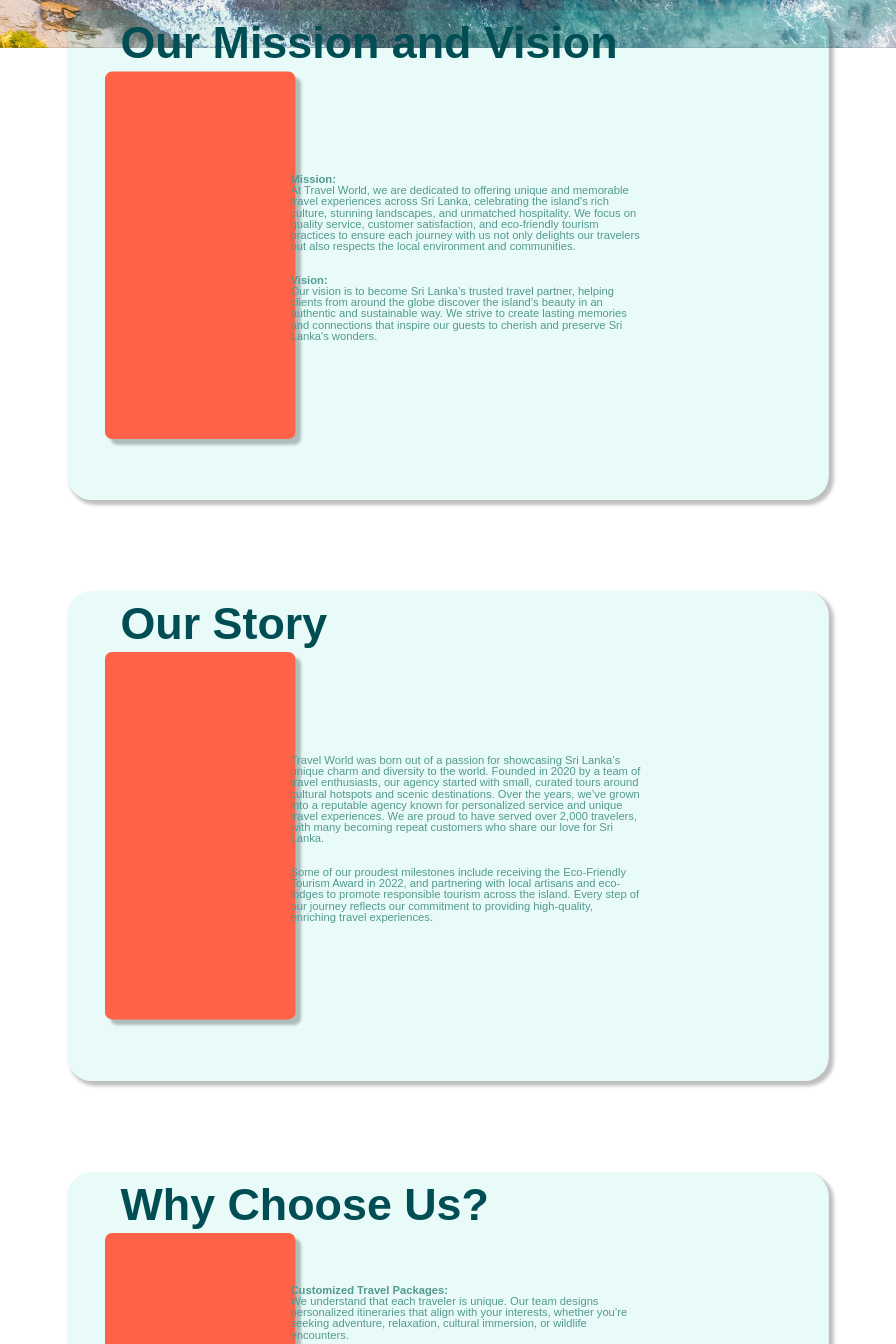
Repository: Haakim19/TavelWorld
Page: HTML/Aboutus.html
The author's editor kept a copy of each file at every save. The page is drawn from the files as they stood at one save, then again after the next save.
The browser window is 1280 px wide. The pictures show the part of the page from y = 615 to 2535 px (the page is 5265 px tall), at 70% of full size.
Some web fonts or font styles are not loaded; a fallback is used.

Above is the page before, as saved 2024-11-03 16:01:03.

### HTML/Aboutus.html
<!DOCTYPE html>
<html lang="en">
    <head>
        <meta charset="UTF-8" />
		<meta name="viewport" content="width=device-width, initial-scale=1.0" />
		<title>Travel World</title>
        <link rel="icon" href="../Assets/icon/location.png" type="image/png">
        <link rel="stylesheet" href="../CSS/Navbar.CSS">
        <link rel="stylesheet" href="../CSS/Aboutus.css">
        <link rel="preconnect" href="https://fonts.googleapis.com">
        <link rel="preconnect" href="https://fonts.gstatic.com" crossorigin>
        <link href="https://fonts.googleapis.com/css2?family=Irish+Grover&family=Jaldi:wght@400;700&family=Playwrite+GB+S:ital,wght@0,100..400;1,100..400&display=swap" rel="stylesheet">
</head>
<body>
        <div class="bg-img">
            <!-- Navigation Bar -->
            <nav class="navbar">
                <div class="logo">
                    <img src="../Assets/icon/location.png" alt="" />
                    Travel <span>World</span>
                </div>
                <div class="page">
                    <a href="Home.html">Home</a>
                    <a href="Aboutus.html">About us</a>
                    <a href="Packages.html">Packages</a>
                    <a href="Destination.html">Destination</a>
                    <a href="Enquiry.html" class="enquiry-btn">Enquiry</a>
                </div>
            </nav>
            <section class="hero">
                <div class="hero-overlay">
                    <h1>About Us</h1>
                    <p>Travel World is a travel agency that provides the best travel experience for you.</p>
                </div>
            </section>
            <img class="hero-img" src="../Assets/Images/beach.jpg" alt="">
            <div class="container cont1">
                <h2>Our Mission and Vision</h2>
                <div class="box box1">
                </div>
                <section class="mission-vision">
                    <p><strong>Mission:</strong> At Travel World, we are dedicated to offering unique and memorable travel experiences across Sri Lanka, celebrating the island's rich culture, stunning landscapes, and unmatched hospitality. We focus on quality service, customer satisfaction, and eco-friendly tourism practices to ensure each journey with us not only delights our travelers but also respects the local environment and communities.</p>
                    <p><strong>Vision:</strong> Our vision is to become Sri Lanka’s trusted travel partner, helping clients from around the globe discover the island’s beauty in an authentic and sustainable way. We strive to create lasting memories and connections that inspire our guests to cherish and preserve Sri Lanka's wonders.</p>
                </section>
            </div>
            <div class="container cont1">
                <h2>Our Story</h2>
                <div class="box box2">

                </div>
                <section class="our-story">
                    <p>Travel World was born out of a passion for showcasing Sri Lanka’s unique charm and diversity to the world. Founded in 2020 by a team of travel enthusiasts, our agency started with small, curated tours around cultural hotspots and scenic destinations. Over the years, we’ve grown into a reputable agency known for personalized service and unique travel experiences. We are proud to have served over 2,000 travelers, with many becoming repeat customers who share our love for Sri Lanka.</p>
                    <p>Some of our proudest milestones include receiving the Eco-Friendly Tourism Award in 2022, and partnering with local artisans and eco-lodges to promote responsible tourism across the island. Every step of our journey reflects our commitment to providing high-quality, enriching travel experiences.</p>
                </section>
            </div>
            <div class="container cont1">
                <h2>Why Choose Us?</h2>
                <div class="box box3">

                </div>
                <section class="why-choose-us">
                    <p><strong>Customized Travel Packages:</strong> We understand that each traveler is unique. Our team designs personalized itineraries that align with your interests, whether you’re seeking adventure, relaxation, cultural immersion, or wildlife encounters.</p>
                    <p><strong>Experienced Guides:</strong> Our guides are locals with extensive knowledge of Sri Lanka’s history, culture, and hidden gems. They’re not just guides but storytellers, committed to making each trip insightful and unforgettable.</p>
                    <p><strong>Community Partnerships:</strong> We believe in supporting the communities we visit. Travel World collaborates with local artisans, small businesses, and eco-friendly lodges, helping to uplift communities while offering you an authentic experience.</p>
                    <p><strong>Eco-Conscious Practices:</strong> Sustainability is at the heart of what we do. From promoting reusable travel items to organizing beach clean-ups, we strive to reduce our footprint and inspire travelers to be eco-conscious too.</p>
                </section>
            </div>
            <div class="container team">
                <h2>Our Team</h2>
                <div class="box box4">
                    <div class="box-content">
                        <h3><strong>Haakim Ajmal</strong></h3>
                        <h4 class="position">Founder and CEO</h4>
                        <h5>With over 15 years in the travel industry,
                            Haakim founded Travel World to share Sri Lanka’s hidden wonders with the world.
                            His vision and commitment to responsible tourism shape every aspect of our agency.</h5>
                    </div>
                </div>
                <div class="box box5">
                    <div class="box-content">
                        <h3><strong>Zulkifl Ajmal</strong> </h3>
                        <h4 class="position">Tour Coordinator</h4>
                        <h5>Zulkifl handles the details, ensuring every trip is seamless.
                            Her love for Sri Lanka’s cultural heritage and landscapes shines through in the bespoke tours she designs.</h5>
                    </div>
                </div>
                <div class="box box6">
                    <div class="box-content">
                        <h3><strong>Zoro</strong></h3>
                        <h4 class="position">Senior Tour Guide</h4>
                        <h5>Zoro is a passionate storyteller with a deep knowledge of Sri Lanka’s history,
                            wildlife, and culture. His tours are rich in insights,
                            and he goes above and beyond to ensure every guest has a memorable experience.</h5>
                    </div>
                </div>
            </div>
            <div class="container cont1">
                <h2>Customer Testimonials</h2>
                <div class="box box7">

                </div>
                <Section class="customer-testimonials">
                    <blockquote>
                        <p>"Traveling with Travel World was a dream come true! The team organized everything seamlessly,
                            and our guide made us feel at home every step of the way.
                            I’ll never forget the whale watching in Mirissa or the warm hospitality we encountered."
                            - <span>Amelia R., United Kingdom</span></p>
                    </blockquote>
                    <blockquote>
                        <p>"We wanted a sustainable travel option, and Travel World exceeded our expectations.
                            Not only did we see incredible places,
                            but we also supported local businesses and learned so much about preserving Sri Lanka’s natural beauty." -
                            <span> Jordan S., Australia</span></p>
                    </blockquote>
                </Section>
            </div>
        </div>
<footer class="footer"></footer>
    <div class="footer-content">
        <div class="footer-section about">
            <h2>About Travel World</h2>
            <p>Travel World is dedicated to providing the best travel experiences across Sri Lanka, focusing on quality service, customer satisfaction, and eco-friendly tourism practices.</p>
        </div>
        <div class="footer-section links">
            <h2>Quick Links</h2>
            <ul>
                <li><a href="Home.html">Home</a></li>
                <li><a href="Aboutus.html">About Us</a></li>
                <li><a href="Packages.html">Packages</a></li>
                <li><a href="Destination.html">Destination</a></li>
                <li><a href="Enquiry.html">Enquiry</a></li>
            </ul>
        </div>
        <div class="footer-section contact">
            <h2>Contact Us</h2>
            <p>Email: info@travelworld.com</p>
            <p>Phone: +94 123 456 789</p>
            <p>Address: 123 Travel Lane, Colombo, Sri Lanka</p>
        </div>
    </div>
    <div class="footer-bottom">
        &copy; 2023 Travel World | Designed by Travel World Team
    </div>
</footer>

</body>
</html>

### CSS/Navbar.CSS
body{
    margin: 0;
    padding: 0;
    /* background-color: #ffffff; */
}
/* Background image */
.bg-img img{
    width: 100%;
    height: 95vh;
    object-fit: cover;
    object-position: top;
    background-attachment: scroll;
}

.hero-img {
    /* filter: blur(2px); */
    position:absolute;
    top: 0;
    z-index: 1;
    background-color:black;;
}
/* Navigation bar */
nav{
    position: relative;
    display: flex;
    align-items: center;
    justify-content: space-between;
    z-index: 1000;
    padding-top: 30px;
}
.logo{
    margin-left: 5vh;
    font-family: "Irish Grover", system-ui;
    color: #ffffff;
    font-size: 3.5rem;
    display: flex;
    justify-content:center;
    align-items: center;
    padding: 5px 10px 5px 10px;
}
.logo img{
    width: 50px;
    height: 50px;
    color: #ffffff;
}

.page {
    margin-right : 16vh;

}

.page a{
    /* display: flex; */
    font-size: 1.5rem;
    color: #ffffff;
    font-family:"Jaldi", sans-serif;
    justify-content: space-evenly;
    align-items: center;
    padding: 2px 10px 2px 10px;
    text-decoration: none;
    transition: all 0.5s ease;
}
.page a:hover{
    color: #E2652B;
}
.page .enquiry-btn{
    background-color:#E2652B;
    color: white;
    border-radius: 5px;
    transition: all 0.5s ease;
}
.page .enquiry-btn:hover{
    color:#E2652B;
    background-color: rgb(255, 255, 255);
    border-radius: 5px;
}
section {
    position: relative;
    z-index: 1000;
    color: #ffffff;
    display: flex;
    flex-direction: column;
    justify-content: center;
    align-items: center;
    margin-top: 1vh;

}

.hero .hero-overlay h1 {
    /* margin-right: 10vh; */
    font-family: "Playwrite GB S", serif;
    font-weight: 700;
    font-style:oblique;
    font-size: 10rem;
    margin-bottom: -10px;
}

.hero .hero-overlay p {
    margin-left: 15vh;
    margin-top: auto;
    font-family: "Bebas Neue", sans-serif;
    font-weight: 500;
    font-style:normal;
    font-size: 3rem;
    margin-right: 10vh;
}

### CSS/Aboutus.css
.hero{
    display: flex;
    flex-direction: row;
    justify-content: center;
    align-items: center;
    margin-top: -5vh;
    margin-left: 10%;
    margin-right: 10%;
    text-align: center;
}
/* All the container style */
.container{
    position:relative;
    width: 85%;
    height: 700px;
    top: -100px;
    background: hsla(173, 74%, 49%, 0.1);
    box-shadow: 5px 5px 5px 2px rgba(0, 0, 0, 0.25);
    border-radius: 35px;
    display: flex;
    justify-content: center;
    align-items: center;
    margin-top: 18vh;
    margin-left: 7.5%;
    margin-right: 7.5%;
    margin-bottom:15vh;
    z-index: 10;
}
.container h2{
    font-family: "Righteous", sans-serif;
    position: absolute;
    left: 7%;
    top: -10%;
    transform: translateY(100%);
    margin-top: 5px;
    color: #004D53;
    font-size: 4rem;
}
/* Our team card */
.team h3{
    font-family: "Righteous", sans-serif;
    font-size: 3rem;
    margin-top: -5.5vh;
    color: #ffffff;
    margin-bottom: -4vh;
    /* margin-left: 30%; */
    text-align: center;
}
.team h4{
    font-family: "Jaldi", sans-serif;
    font-size: 1.5rem;
    color: #ffffff;
    text-align: center;
    margin-bottom: -2vh;
    color:#E2652B;
    /* line-height:4rem; */
    /* font-size: 2rem; */

}
.team h5{
    font-family: "Jaldi", sans-serif;
    font-size: 1rem;
    color: #ffffff;
    text-align: left;
    margin:10%;
}
/* team cards style */
.team .box{
    position:relative;
    background-color:tomato;
    justify-content: space-evenly;
    margin: 40px;
    width: 25%;
    height: 75%;
    box-shadow: 8px 8px 4px rgba(0, 0, 0, 0.25);
    border-radius: 10px;
    z-index: 10;
    transition: all 0.5s ease;
}
/* team cards animation style */
.team .box .box-content{
    color: #fff;
    background-color: rgba(0, 0, 0, 0.5);
    display: flex;
    width: 100%;
    height: 100%;
    flex-direction: column;
    justify-content: center;
    backdrop-filter: blur(5px);
    opacity: 0;
    transition: all 0.5s ease;
    /* z-index: 1100; */
}
.container .box .box-content:hover{
    opacity: 1;
    border-radius:10px
}
.cont1{
    gap: 10vw;
}
.cont1 .box{
    position:absolute;
    background-color:tomato;
    width: 25%;
    height: 75%;
    right:70%;
    box-shadow: 8px 8px 4px rgba(0, 0, 0, 0.25);
    border-radius: 10px;
    z-index: 10;
}
.cont1  section p{
    color: #53998F;
    font-family: "Jaldi", sans-serif;
    padding-left: 50px;
    line-height: 1rem;
    max-width: 500px;
    display: flex;
    flex-direction: column;
    top: 20vh;
}

After the next save:
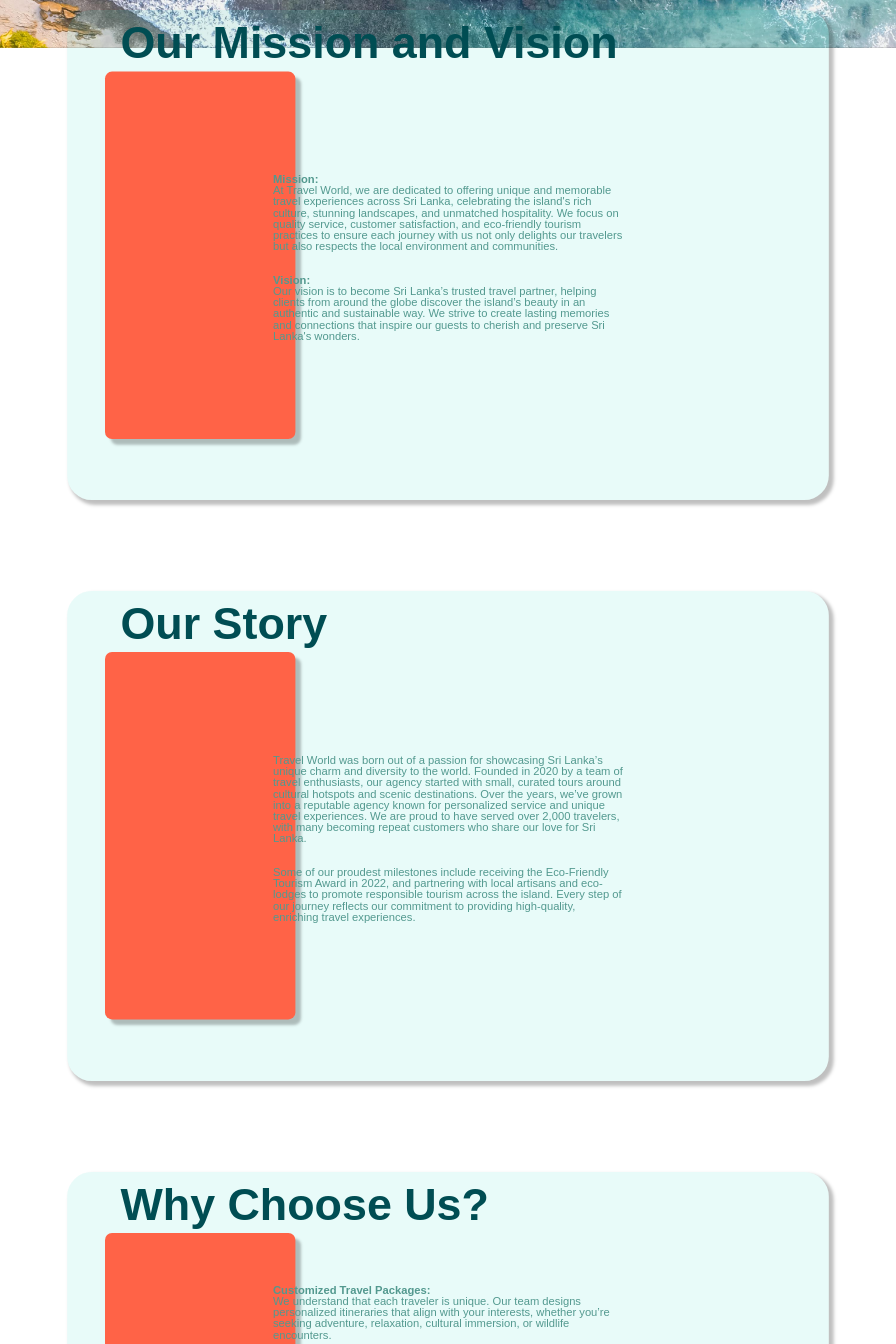
Saved 17 s later.
--- a/CSS/Aboutus.css
+++ b/CSS/Aboutus.css
@@ -111,10 +111,9 @@
 .cont1  section p{
     color: #53998F;
     font-family: "Jaldi", sans-serif;
-    padding-left: 50px;
+    /* padding-left: 50px; */
     line-height: 1rem;
     max-width: 500px;
     display: flex;
     flex-direction: column;
-    top: 20vh;
 }

After the 4 saves that followed:
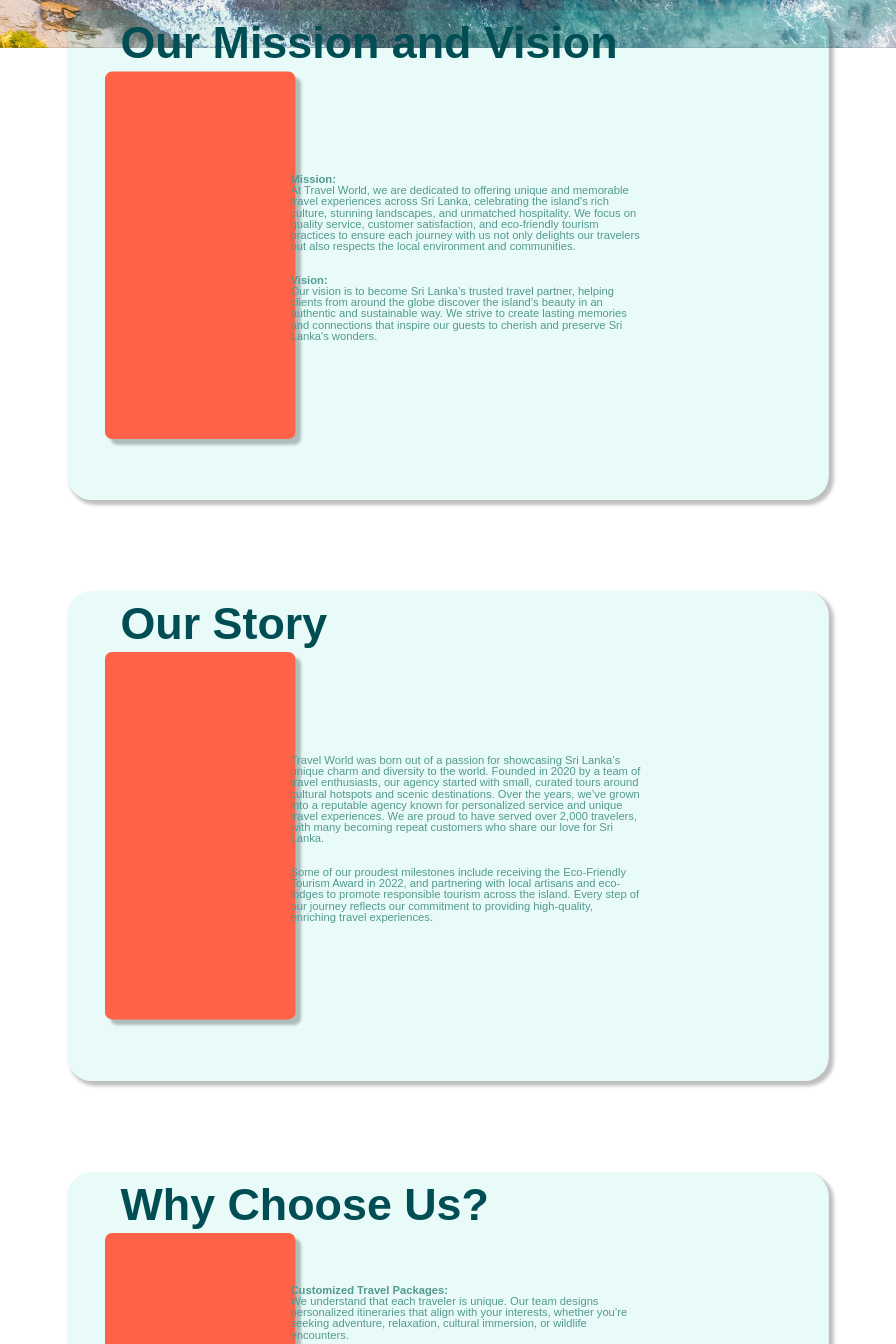
The 4 saves are shown as one change because 3 left the picture as it was.
The last was saved 42 s later.
--- a/CSS/Aboutus.css
+++ b/CSS/Aboutus.css
@@ -95,9 +95,7 @@
     opacity: 1;
     border-radius:10px
 }
-.cont1{
-    gap: 10vw;
-}
+
 .cont1 .box{
     position:absolute;
     background-color:tomato;
@@ -111,7 +109,7 @@
 .cont1  section p{
     color: #53998F;
     font-family: "Jaldi", sans-serif;
-    /* padding-left: 50px; */
+    padding-left: 50px;
     line-height: 1rem;
     max-width: 500px;
     display: flex;
